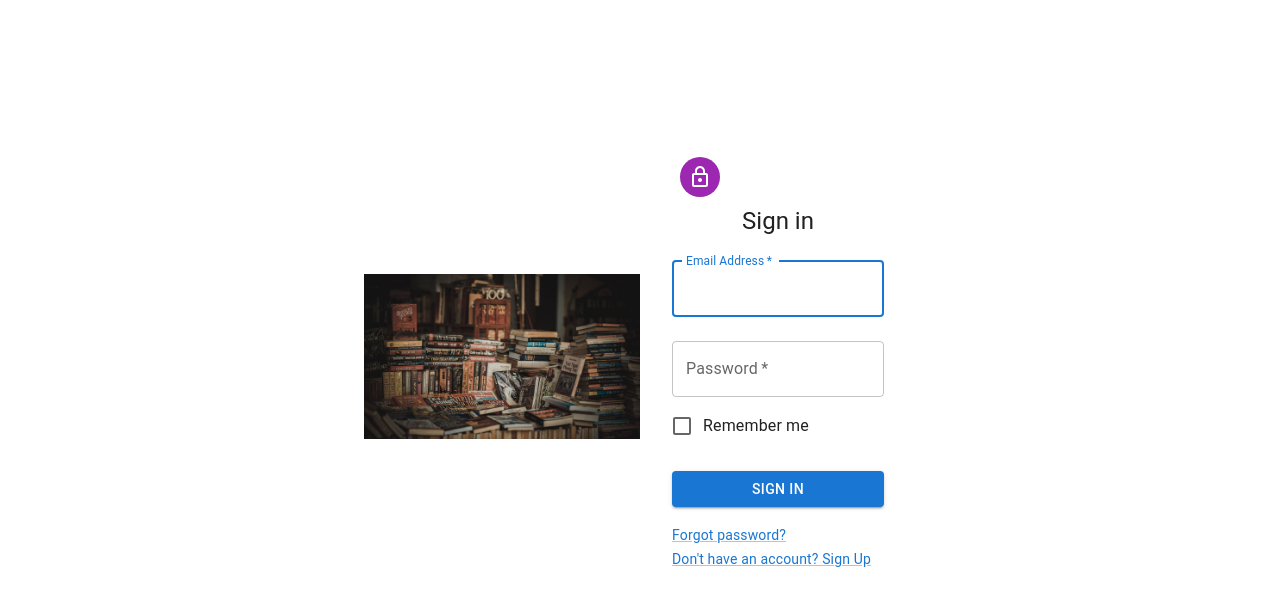
Repository: Milith97/Book-Borrowing-System
Page: /
An editor plug-in stored every save of this project. The page is shown before and after the next save, followed by the edit.
The browser window is 1280 px wide. The pictures show the whole page.
The project was rebuilt for these pictures with package versions that can differ from the ones it lists, and the page was loaded fresh each time. Also part of the build but not shown: vite.config.js, src/Componnts/SignUp.jsx, src/index.css.

Above is the page before, as saved 2024-03-25 12:49:27.

After the next save:
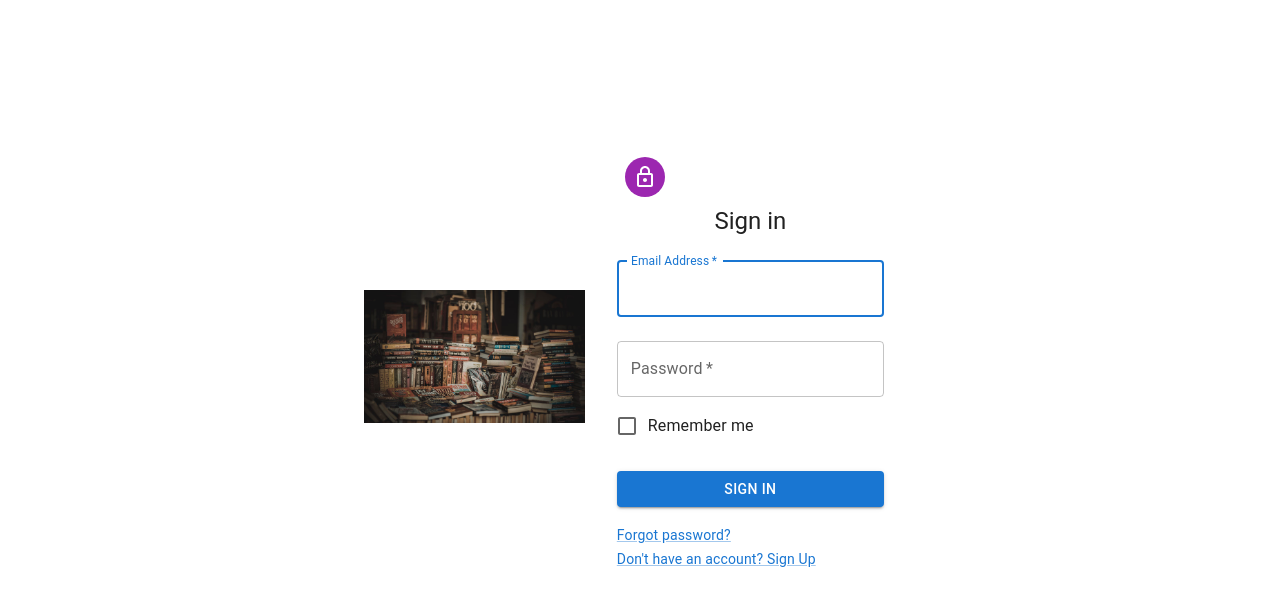
Saved 24 s later.
--- a/src/Componnts/SignIn.jsx
+++ b/src/Componnts/SignIn.jsx
@@ -25,10 +25,10 @@ export default function SignIn() {
       <Container component="main" maxWidth="sm">
         <CssBaseline />
         <Box sx={{ display: 'flex', alignItems: 'center', height: '100vh' }}>
-          <Box sx={{ flexBasis: '50%' }}>
+          <Box sx={{ flexBasis: '40%' }}>
             <img src={signInImage} alt="Sign In" style={{ maxWidth: '100%', height: 'auto' }} />
           </Box>
-          <Box sx={{ flexBasis: '50%', padding: '0 2rem', maxWidth: '100%' }}>
+          <Box sx={{ flexBasis: '60%', padding: '0 2rem', maxWidth: '100%' }}>
             <Avatar sx={{ m: 1, bgcolor: 'secondary.main' }}>
               <LockOutlinedIcon />
             </Avatar>
